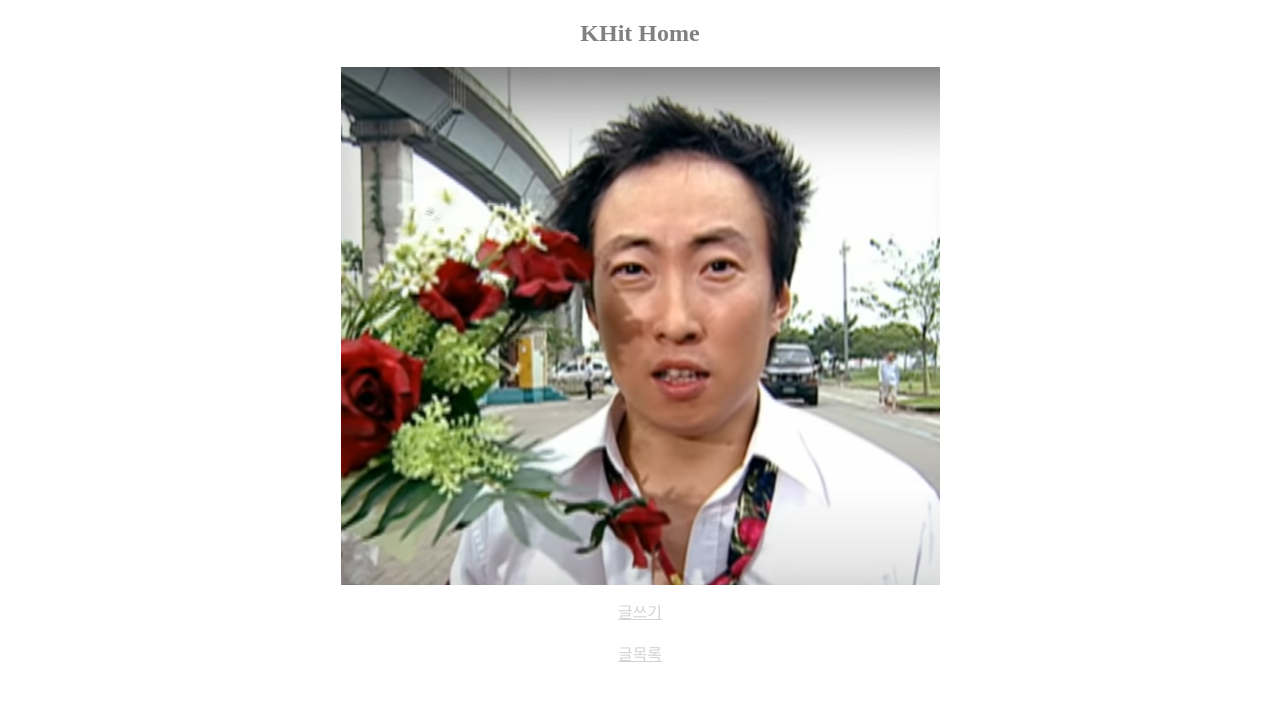
Repository: kimheerin/springWorks
Page: http://localhost/SpringBoard-jdbc/
An editor plug-in stored every save of this project. The page is shown before and after the next save, followed by the edit.
The browser window is 1280 px wide. The pictures show the whole page.
The page is served by Tomcat 9. Other server files are loaded and not shown.

Above is the page before, as saved 2023-12-28 01:05:45.

### SpringBoard-jdbc/src/main/webapp/WEB-INF/views/index.jsp
<%@ page language="java" contentType="text/html; charset=UTF-8"
    pageEncoding="UTF-8"%>
<!DOCTYPE html>
<html>
<head>
<meta charset="UTF-8">
<title>인덱스 페이지</title>
<link rel="stylesheet" href="/resources/css/style.css">
</head>
<body>
   <div id="content">
      <h2>KHit Home</h2>
      <div class=main-pic>
         <img src="/resources/images/순정명수.png" alt="순정명수">
      </div>
      <div class="menu">
      	<a href="/board/write">글쓰기</a><br><br>
      	<a href="/board/list">글목록</a>
      </div>
   </div>
</body>
</html>

### SpringBoard-jdbc/src/main/webapp/resources/css/style.css
@charset "UTF-8";

#content{width:1000px; margin:0 auto;}
h2{color:grey; text-align:center;}
.main-pic{text-align:center;}
.menu{text-align: center; margin: 10px;}
a{color: lightgrey;}

After the next save:
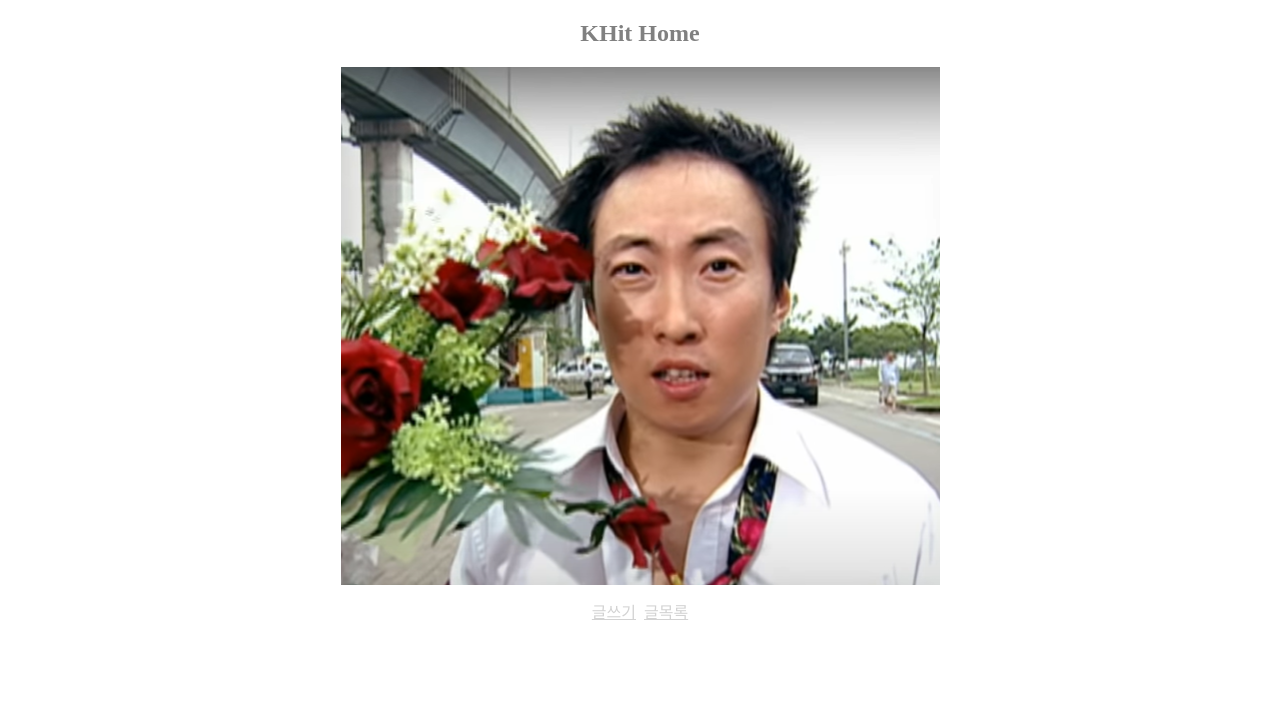
Saved 9 s later.
--- a/SpringBoard-jdbc/src/main/webapp/WEB-INF/views/index.jsp
+++ b/SpringBoard-jdbc/src/main/webapp/WEB-INF/views/index.jsp
@@ -14,7 +14,7 @@
          <img src="/resources/images/순정명수.png" alt="순정명수">
       </div>
       <div class="menu">
-      	<a href="/board/write">글쓰기</a><br><br>
+      	<a href="/board/write">글쓰기</a>&nbsp;
       	<a href="/board/list">글목록</a>
       </div>
    </div>
